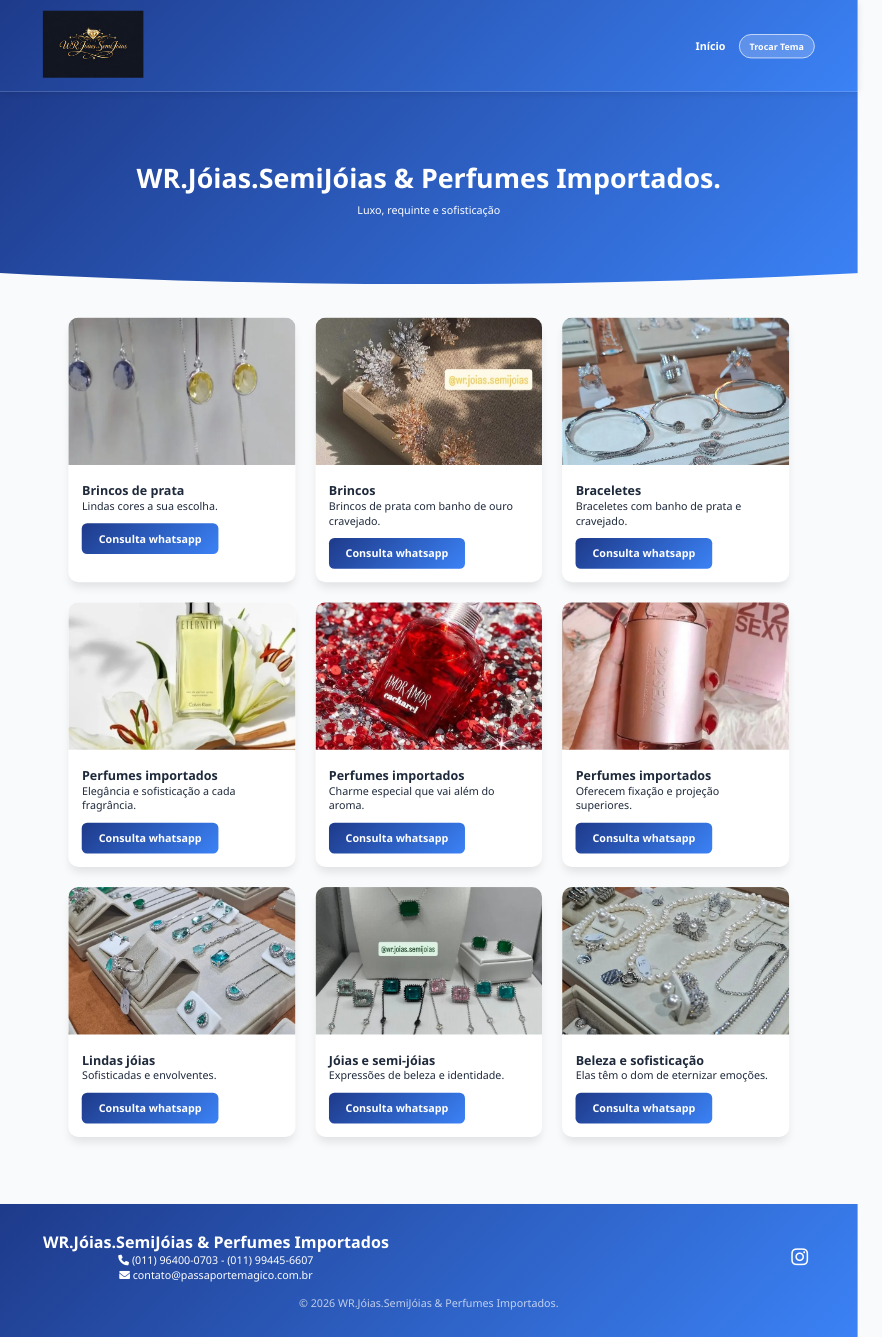
Repository: Sandro1969-tech/joias-perfumes
Page: index.html
An editor plug-in stored every save of this project. The page is shown before and after the next save, followed by the edit.
The browser window is 1280 px wide. The page is 1280 px wide, then 1317 px, so the pictures cover 1317 px, including what lies to the right of the window. The pictures show the whole page, at 67% of full size.

Above is the page before, as saved 2026-01-28 17:36:48.

### index.html
<!DOCTYPE html>
<html lang="pt-br">
<head>
    <meta charset="UTF-8">
    <meta name="viewport" content="width=device-width, initial-scale=1.0">
    <title>WR.Jóias.SemiJóias & Perfumes Importados</title>
    <link rel="stylesheet" href="https://cdnjs.cloudflare.com/ajax/libs/font-awesome/6.0.0/css/all.min.css">
    <link rel="shortcut icon" href="assets/image/icone.png" type="image/x-icon">

    <style>
        /* VARIÁVEIS DE CORES */
        :root {
            --primary-gradient: linear-gradient(135deg, #1e3a8a, #3b82f6);
            --bg-color: #f8fafc;
            --text-color: #1e293b;
            --card-bg: #ffffff;
            --accent-color: #60a5fa;
            --button-hover: #2563eb;
        }

        [data-theme="dark"] {
            --bg-color: #0f172a;
            --text-color: #f1f5f9;
            --card-bg: #1e293b;
            --accent-color: #3b82f6;
        }

        /* RESET E GERAL */
        * {
            margin: 0; padding: 0; box-sizing: border-box;
            transition: background 0.4s ease, color 0.4s ease;
            font-family: 'Segoe UI', Tahoma, sans-serif;
        }

        body {
            background-color: var(--bg-color);
            color: var(--text-color);
        }

        /* HEADER E MENU */
        header {
            background: var(--primary-gradient);
            padding: 1rem 5%;
            display: flex;
            justify-content: space-between;
            align-items: center;
            position: sticky; top: 0; z-index: 1000;
            box-shadow: 0 4px 10px rgba(0,0,0,0.1);
        }

        .logo img { height: 100px; }

        .nav-container { display: flex; align-items: center; gap: 20px; }

        .nav-links { display: flex; list-style: none; gap: 20px; }

        .nav-links a {
            color: white; text-decoration: none; font-weight: bold;
            transition: 0.3s;
        }
        .nav-links a:hover { color: var(--accent-color); padding-left: 5px; }

        /* BOTÃO TEMA */
        #theme-toggle {
            background: rgba(255,255,255,0.2);
            border: 1px solid white;
            color: white;
            padding: 8px 15px;
            border-radius: 20px;
            cursor: pointer;
            font-weight: bold;
        }

        /* HERO SECTION */
        .hero {
            text-align: center;
            padding: 100px 20px;
            background: var(--primary-gradient);
            color: white;
            clip-path: ellipse(150% 100% at 50% 0%);
        }

        .hero h1 { font-size: 2.5rem; margin-bottom: 10px; }

        /* GRID DE 3 COLUNAS (CORRIGIDO) */
        .destinos-container {
            display: grid;
            grid-template-columns: repeat(3, 1fr); /* 3 colunas fixas no desktop */
            gap: 30px;
            padding: 50px 8%;
            max-width: 1400px;
            margin: 0 auto;
        }

        .card {
            background: var(--card-bg);
            border-radius: 15px;
            overflow: hidden;
            box-shadow: 0 10px 15px -3px rgba(0,0,0,0.1);
            transition: transform 0.3s ease;
        }

        .card:hover { transform: translateY(-10px); }

        .card img { width: 100%; height: 220px; object-fit: cover; }

        .card-content { padding: 20px; }

        /* BOTÕES COM MOVIMENTO SUAVE (CORRIGIDO) */
        .btn-reserva {
            display: inline-block;
            margin-top: 15px;
            padding: 12px 25px;
            background: var(--primary-gradient);
            color: white;
            text-decoration: none;
            border-radius: 8px;
            font-weight: bold;
            transition: all 0.4s cubic-bezier(0.175, 0.885, 0.32, 1.275);
        }

        .btn-reserva:hover {
            background: var(--button-hover);
            transform: scale(1.05) translateX(10px); /* Movimenta para o lado suavemente */
            box-shadow: 0 5px 15px rgba(59, 130, 246, 0.4);
        }

        /* RODAPÉ */
        footer {
            background: var(--primary-gradient);
            color: white;
            padding: 40px 5%;
            text-align: center;
            margin-top: 50px;
        }

        .footer-content {
            display: flex; justify-content: space-between;
            align-items: center; flex-wrap: wrap; gap: 20px;
        }

        .social-icon {
            color: white; font-size: 1.8rem; margin: 0 10px;
            transition: 0.4s; display: inline-block;
        }
        .social-icon:hover { transform: translateY(-8px); color: var(--accent-color); }

        /* RESPONSIVIDADE */
        @media (max-width: 1024px) { .destinos-container { grid-template-columns: repeat(2, 1fr); } }
        @media (max-width: 768px) {
            .destinos-container { grid-template-columns: 1fr; }
            .nav-links { display: none; } /* Simplificado para focar no erro anterior */
        }
    </style>
</head>
<body>

    <header>
        <div class="logo">
            <img src="assets/image/logo.png" alt="Passaporte Mágico">
        </div>
        <nav class="nav-container">
            <ul class="nav-links">
                <li><a href="#">Início</a></li>

            </ul>
            <button id="theme-toggle">Trocar Tema</button>
        </nav>
    </header>

    <section class="hero">
        <h1>WR.Jóias.SemiJóias & Perfumes Importados.</h1>
        <p>Luxo, requinte e sofisticação</p>
    </section>

    <main class="destinos-container">
        <div class="card">
            <img src="assets/image/joia1.png" alt="Brincos">
            <div class="card-content">
                <h3>Brincos de prata</h3>
                <p>Lindas cores a sua escolha.</p>
                <a href="#" class="btn-reserva">Consulta whatsapp</a>
            </div>
        </div>
        <div class="card">
            <img src="assets/image/joia4.png" alt="Brincos">
            <div class="card-content">
                <h3>Brincos</h3>
                <p>Brincos de prata com banho de ouro cravejado.</p>
                <a href="#" class="btn-reserva">Consulta whatsapp</a>
            </div>
        </div>
        <div class="card">
            <img src="assets/image/joia5.png" alt="Bracelete">
            <div class="card-content">
                <h3>Braceletes</h3>
                <p>Braceletes com banho de prata e cravejado.</p>
                <a href="#" class="btn-reserva">Consulta whatsapp</a>
            </div>
        </div>
        <div class="card">
            <img src="assets/image/eternity.png" alt="Perfume">
            <div class="card-content">
                <h3>Perfumes importados</h3>
                <p>Elegância e sofisticação a cada fragrância.</p>
                <a href="#" class="btn-reserva">Consulta whatsapp</a>
            </div>
        </div>
        <div class="card">
            <img src="assets/image/cacharrel.png" alt="Perfume">
            <div class="card-content">
                <h3>Perfumes importados</h3>
                <p>Charme especial que vai além do aroma.</p>
                <a href="#" class="btn-reserva">Consulta whatsapp</a>
            </div>
        </div>
        <div class="card">
            <img src="assets/image/sexy.png" alt="Perfume">
            <div class="card-content">
                <h3>Perfumes importados</h3>
                <p>Oferecem fixação e projeção superiores.</p>
                <a href="#" class="btn-reserva">Consulta whatsapp</a>
            </div>
                        </div>


<div class="card">
    <img src="assets/image/joia7.png" alt="joias">
    <div class="card-content">
        <h3>Lindas jóias</h3>
        <p>Sofisticadas e envolventes.</p>
        <a href="#" class="btn-reserva">Consulta whatsapp</a>
    </div>
</div>

<div class="card">
    <img src="assets/image/joia8.png" alt="joias">
    <div class="card-content">
        <h3>Jóias e semi-jóias</h3>
        <p>Expressões de beleza e identidade.</p>
        <a href="#" class="btn-reserva">Consulta whatsapp</a>
    </div>
</div>

<div class="card">
    <img src="assets/image/perola.png" alt="joias">
    <div class="card-content">
        <h3>Beleza e sofisticação</h3>
        <p>Elas têm o dom de eternizar emoções.</p>
        <a href="#" class="btn-reserva">Consulta whatsapp</a>
    </div>
</div>
    </main>

    <footer>
        <div class="footer-content">
            <div class="footer-info">
                <h2>WR.Jóias.SemiJóias & Perfumes Importados</h2>
                <p><i class="fas fa-phone"></i> (011) 96400-0703 - (011) 99445-6607</p>
                <p><i class="fas fa-envelope"></i> contato@passaportemagico.com.br</p>
            </div>
            <div class="footer-socials">
                <a href="https://www.instagram.com/wr.joias.semijoias?igsh=MTc0eHdubjJiMHdxeQ==" class="social-icon"><i class="fab fa-instagram"></i></a>

            </div>
        </div>
        <p style="margin-top:20px; opacity:0.7;">&copy; 2026 WR.Jóias.SemiJóias & Perfumes Importados.</p>
    </footer>

    <script>
        const themeBtn = document.getElementById('theme-toggle');
        const body = document.body;

        themeBtn.onclick = () => {
            if (body.hasAttribute('data-theme')) {
                body.removeAttribute('data-theme');
                localStorage.setItem('theme', 'light');
                themeBtn.innerText = "Trocar Tema";
            } else {
                body.setAttribute('data-theme', 'dark');
                localStorage.setItem('theme', 'dark');
                themeBtn.innerText = "Modo Claro";
            }
        };

        // Verifica preferência salva
        if (localStorage.getItem('theme') === 'dark') {
            body.setAttribute('data-theme', 'dark');
            themeBtn.innerText = "Modo Claro";
        }
    </script>
</body>
</html>

After the next save:
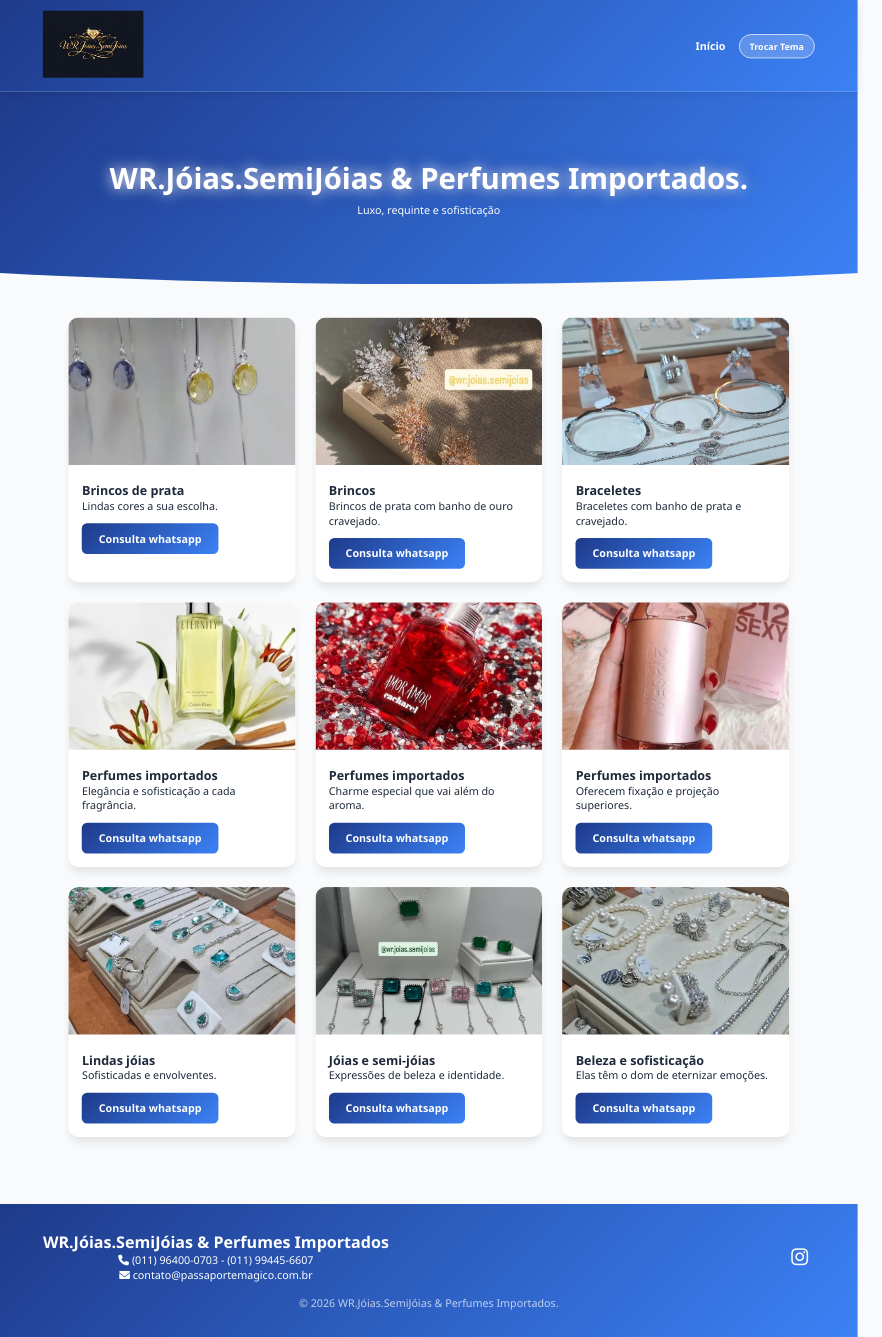
Saved 31 s later.
--- a/index.html
+++ b/index.html
@@ -47,7 +47,23 @@
             position: sticky; top: 0; z-index: 1000;
             box-shadow: 0 4px 10px rgba(0,0,0,0.1);
         }
-
+.hero h1 {
+  animation: pulse 1.5s infinite, glow 2s infinite;
+}
+
+/* Efeito de pulsar (escala) */
+@keyframes pulse {
+  0% { transform: scale(1); }
+  50% { transform: scale(1.1); }
+  100% { transform: scale(1); }
+}
+
+/* Efeito de brilho pulsante */
+@keyframes glow {
+  0% { text-shadow: 0 0 5px #fff, 0 0 10px #3b82f6; }
+  50% { text-shadow: 0 0 20px #fff, 0 0 30px #1e3a8a; }
+  100% { text-shadow: 0 0 5px #fff, 0 0 10px #3b82f6; }
+}
         .logo img { height: 100px; }
 
         .nav-container { display: flex; align-items: center; gap: 20px; }
